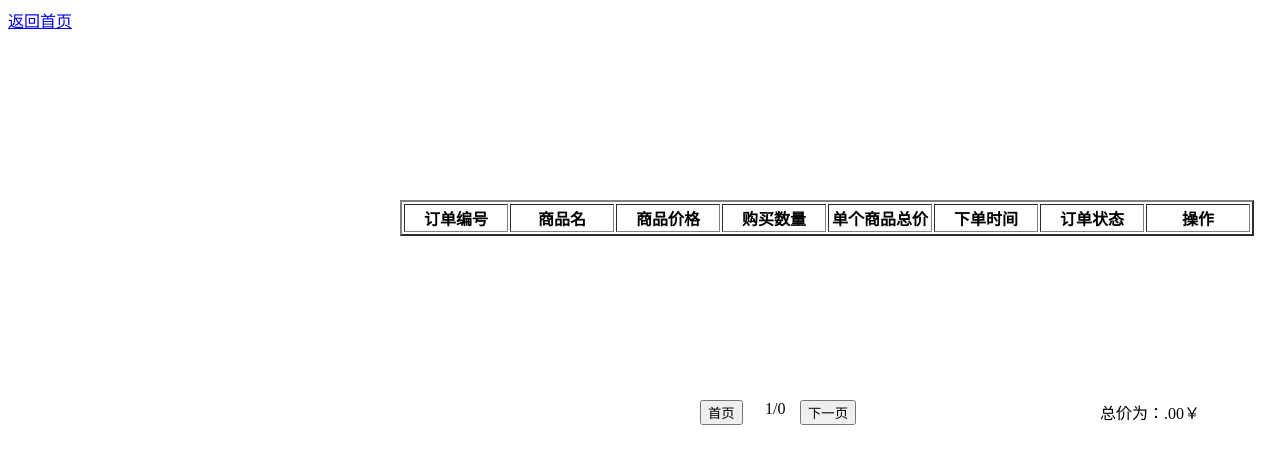
Repository: Gale-student/Gale-student.github.io
Page: http://localhost/weshop/OrdersDetailUnpaidQueryServlet
The author's editor kept a copy of each file at every save. The page is drawn from the files as they stood at one save, then again after the next save.
The browser window is 1280 px wide. The pictures show the whole page.
The page is served by Tomcat 9. Other server files are loaded and not shown. Queries for data that is not in the repository find no rows.

Above is the page before, as saved 2022-10-05 13:13:26.

### WeShop/weshop/WebRoot/WEB-INF/jsp/OrdersUnpaidQueryOfUser.jsp
<%@ page language="java" import="java.util.*,com.company.entity.*" pageEncoding="utf-8"%>
<%
String path = request.getContextPath();
String basePath = request.getScheme()+"://"+request.getServerName()+":"+request.getServerPort()+path+"/";
%>

<!DOCTYPE HTML PUBLIC "-//W3C//DTD HTML 4.01 Transitional//EN">
<html>
  <head>
    <base href="<%=basePath%>">

    <title>My JSP 'OrdersUnpaidQueryOfUser.jsp' starting page</title>

	<meta http-equiv="pragma" content="no-cache">
	<meta http-equiv="cache-control" content="no-cache">
	<meta http-equiv="expires" content="0">
	<meta http-equiv="keywords" content="keyword1,keyword2,keyword3">
	<meta http-equiv="description" content="This is my page">
	<!--
	<link rel="stylesheet" type="text/css" href="styles.css">
	-->
  <%
      List<OrdersDetail> ordersDetailList = (List<OrdersDetail>)request.getAttribute("ordersDetailList");

      int currentPage = (Integer) session.getAttribute("currentPage");
      int allPage = (Integer) session.getAttribute("allPage");

      String upPage = "上一页";
      String downPage = "下一页";
      if(currentPage == 1){
         upPage = "首页";
      }
      if(currentPage == allPage){
         downPage = "尾页";
      }

      String totalPrice = (String) request.getAttribute("totalPrice");
      if(totalPrice == null){
         totalPrice = "";
      }
   %>
    <style type="text/css">
     th{
        width: 100px;
     }
     td{
        width: 100px;
     }
   </style>
  </head>

  <body>
   <a href="ShoppingHomePage.jsp">返回首页</a>
    <table style="position: absolute; left: 400px; top: 200px; text-align: center;" border="2" cellspacing="2">
       <tr>
          <th>订单编号</th>
          <th>商品名</th>
          <th>商品价格</th>
          <th>购买数量</th>
          <th>单个商品总价</th>
          <th>下单时间</th>
          <th>订单状态</th>
          <th>操作</th>
       </tr>
       <%for(int i = 0; i < ordersDetailList.size(); i ++){ %>
       <tr>
          <td><%=ordersDetailList.get(i).getOid() %></td>
          <td><%=ordersDetailList.get(i).getSname() %></td>
          <td><%=ordersDetailList.get(i).getSprice() %>.00￥</td>
          <td><%=ordersDetailList.get(i).getQuantity() %>.0</td>
          <td><%=ordersDetailList.get(i).getShopPrice() %>.00￥</td>
          <td><%=ordersDetailList.get(i).getDate() %></td>
          <td><%=ordersDetailList.get(i).getStatus() %></td>
          <td>
             <form action="OrdersCancelOfUserServlet" method="post">
                <input style="position: absolute; visibility: hidden;" type="text" value=<%=ordersDetailList.get(i).getOid() %> name="oid">
                <input type="submit" value="取消订单">
             </form>
          </td>
       </tr>
       <%} %>
    </table>
    <div style="position: absolute; left: 700px; top: 400px;">
    <form action="OrdersDetailUnpaidUpPageServlet" method="post">
       <input type="submit" value=<%=upPage %>>
    </form>
    <label style="position: absolute; top: 0px; left: 65px;"><%=currentPage + "/" + allPage %></label>
    <form style="position: absolute; top: 0px; left: 100px;" action="OrdersDetailUnpaidDownPageServlet" method="post">
       <input type="submit" value=<%=downPage %>>
    </form>

    </div>
    <label style="position: absolute; left: 1100px; top: 400px;">总价为：<%=totalPrice %>.00￥</label>
  </body>
</html>

### WeShop/weshop/src/com/company/controller/OrdersDetailUnpaidQueryServlet.java
package com.company.controller;

import java.io.IOException;
import java.io.PrintWriter;
import java.util.List;

import javax.servlet.ServletException;
import javax.servlet.http.HttpServlet;
import javax.servlet.http.HttpServletRequest;
import javax.servlet.http.HttpServletResponse;
import javax.servlet.http.HttpSession;

import com.company.entity.OrdersDetail;
import com.company.service.OrdersService;
import com.company.service.OrdersServiceImpl;

public class OrdersDetailUnpaidQueryServlet extends HttpServlet {

	/**
	 * The doGet method of the servlet. <br>
	 *
	 * This method is called when a form has its tag value method equals to get.
	 *
	 * @param request the request send by the client to the server
	 * @param response the response send by the server to the client
	 * @throws ServletException if an error occurred
	 * @throws IOException if an error occurred
	 */
	public void doGet(HttpServletRequest request, HttpServletResponse response)
			throws ServletException, IOException {

		doPost(request, response);
	}

	/**
	 * The doPost method of the servlet. <br>
	 *
	 * This method is called when a form has its tag value method equals to post.
	 *
	 * @param request the request send by the client to the server
	 * @param response the response send by the server to the client
	 * @throws ServletException if an error occurred
	 * @throws IOException if an error occurred
	 */
	public void doPost(HttpServletRequest request, HttpServletResponse response)
			throws ServletException, IOException {

		HttpSession hs = request.getSession();
		String uid = (String)hs.getAttribute("uid");
		OrdersService ordersService = new OrdersServiceImpl();
		try {
			List<OrdersDetail> ordersDetailList = ordersService.queryOrdersDetailUnpaid(uid, 0);
			int allRows = ordersService.OrdersDetailUnpaidAllRows(uid);
			int allPage = allRows / 3;
			if(allRows % 3 != 0){
				allPage ++;
			}
			String totalPrice = ordersService.queryTotalPriceOfUserUnpaidOrders(uid);
			request.setAttribute("totalPrice", totalPrice);
			hs.setAttribute("allPage", allPage);
			hs.setAttribute("currentPage", 1);
			request.setAttribute("ordersDetailList", ordersDetailList);
			request.getRequestDispatcher("WEB-INF/jsp/OrdersUnpaidQueryOfUser.jsp").forward(request, response);
		} catch (Exception e) {
			// TODO Auto-generated catch block
			e.printStackTrace();
		}

	}

}

### WeShop/weshop/src/com/company/service/OrdersServiceImpl.java
package com.company.service;

import java.util.List;

import com.company.dao.OrdersDao;
import com.company.dao.OrdersDaoImpl;
import com.company.entity.Orders;
import com.company.entity.OrdersDetail;

public class OrdersServiceImpl implements OrdersService {
	private OrdersDao ordersDao = new OrdersDaoImpl();

    //获取订单表总行数
	public int OrdersAllRows() throws Exception {
		int ordersAllRows = ordersDao.OrdersAllRows();
		return ordersAllRows;
	}

    //添加订单(购买 下单 默认未支付状态)
	public void addOrders(String uid, String sid, String quantity)
			throws Exception {
		ordersDao.insertOrders(uid, sid, quantity);
	}

    //取消订单
	public void cancelOrders(String oid) throws Exception {
		ordersDao.deleteOrders(oid);
	}

    //订单表分页
	public List<Orders> ordersPagingQuery(int page) throws Exception {
		List<Orders> ordersList = ordersDao.ordersPaging(page * 3, 3);
		return ordersList;
	}

    //根据订单编号查订单
	public List<Orders> queryOrdersByOid(String oid) throws Exception {
		List<Orders> ordersList = ordersDao.selectOrdersByOid(oid);
		return ordersList;
	}

    //查看未支付订单
	public List<Orders> queryOrdersByStatusUnpaid() throws Exception {
		List<Orders> ordersList = ordersDao.selectOrdersByStatusUnpaid();
		return ordersList;
	}

	//通过用户ID查订单
	public List<Orders> queryOrdersByUid(String uid) throws Exception {
		List<Orders> ordersList = ordersDao.selectOrdersByUid(uid);
		return ordersList;
	}

	//修改商品数量
	public void modifyQuantity(String sid, String quantity) throws Exception {
		ordersDao.updateQuantity(sid, quantity);
	}

	//查找所有订单
	public List<Orders> queryAllOrders() throws Exception {
		List<Orders> ordersList = ordersDao.selectAllOrders();
		return ordersList;
	}

	//查看用户所有订单详情
	public List<OrdersDetail> selectOrdersDetail(String uid, int page) throws Exception {
		List<OrdersDetail> ordersDetailList = ordersDao.selectOrdersDetail(uid, page * 3, 3);
		return ordersDetailList;
	}

	//获取用户订单表总行数
	public int OrdersDetailAllRows(String uid) throws Exception {
		int ordersDetailAllRows = ordersDao.OrdersDetailAllRows(uid);
		return ordersDetailAllRows;
	}

	//获取用户未支付订单总行数
	public int OrdersDetailUnpaidAllRows(String uid) throws Exception {
		int ordersDetailUnpaidAllRows = ordersDao.OrdersDetailUnpaidAllRows(uid);
		return ordersDetailUnpaidAllRows;
	}

	//查看用户未支付订单详情
	public List<OrdersDetail> queryOrdersDetailUnpaid(String uid, int page) throws Exception {
		List<OrdersDetail> ordersDetaiUnpaidlList = ordersDao.selectOrdersDetailUnpaid(uid, page * 3, 3);
		return ordersDetaiUnpaidlList;
	}

	//
	public String queryTotalPriceOfUserUnpaidOrders(String uid)
			throws Exception {
		String totalPrice = ordersDao.selectTotalPriceOfUserUnpaidOrders(uid);
		return totalPrice;
	}


}

### WeShop/weshop/src/com/company/dao/OrdersDao.java
package com.company.dao;

import java.util.List;

import com.company.entity.Orders;
import com.company.entity.OrdersDetail;

public interface OrdersDao {
	//删除订单(取消订单)
	public void deleteOrders(String oid) throws Exception;
	//订单表分页
	public List<Orders> ordersPaging(int offset, int count) throws Exception;
	//获取订单表总行数
	public int OrdersAllRows() throws Exception;
	//根据订单号查找订单
	public List<Orders> selectOrdersByOid(String oid) throws Exception;
	//查看未支付订单
	public List<Orders> selectOrdersByStatusUnpaid() throws Exception;
	//用户下单(添加订单)
	public void insertOrders(String uid, String sid, String quantity) throws Exception;
	//根据用户ID查订单
	public List<Orders> selectOrdersByUid(String uid) throws Exception;
	//更新订单中商品数量
	public void updateQuantity(String sid, String quantity) throws Exception;
	//查寻所有订单
	public List<Orders> selectAllOrders() throws Exception;
	//订单详情表分页(用户)
	public List<OrdersDetail> selectOrdersDetail(String uid, int offset, int count) throws Exception;
	//获取用户订单表总行数
	public int OrdersDetailAllRows(String uid) throws Exception;
	//用户未支付订单分页查询
	public List<OrdersDetail> selectOrdersDetailUnpaid(String uid, int offset, int count) throws Exception;
	//获取用户未支付订单表总行数
	public int OrdersDetailUnpaidAllRows(String uid) throws Exception;
	//获取所有未支付订单的总价
	public String selectTotalPriceOfUserUnpaidOrders(String uid) throws Exception;
}

### WeShop/weshop/src/com/company/dao/OrdersDaoImpl.java
package com.company.dao;

import java.sql.Connection;
import java.sql.Date;
import java.sql.DriverManager;
import java.sql.PreparedStatement;
import java.sql.ResultSet;
import java.text.DateFormat;
import java.util.ArrayList;
import java.util.List;

import com.company.entity.Orders;
import com.company.entity.OrdersDetail;
import com.company.entity.User;

public class OrdersDaoImpl implements OrdersDao {
	private String url = "jdbc:mysql://localhost:3306/test?characterEncoding=utf-8";
    private String username = "root";
    private String password = "root";

    //获取订单表总行数(管理员)
	public int OrdersAllRows() throws Exception {
		Class.forName("com.mysql.jdbc.Driver");
		Connection conn = DriverManager.getConnection(url, username, password);
		String sql = " select count(*) as rows from orders ";
		PreparedStatement ps = conn.prepareStatement(sql);
		ResultSet rs = ps.executeQuery();
		rs.next();
		int rows = rs.getInt("rows");
		return rows;
	}

    //删除订单(管理员)
	public void deleteOrders(String oid) throws Exception {
		Class.forName("com.mysql.jdbc.Driver");
		Connection conn = DriverManager.getConnection(url, username, password);
		String sql = " delete from orders where oid = ? ";
		PreparedStatement ps = conn.prepareStatement(sql);
		ps.setString(1, oid);
		ps.execute();
		conn.close();

	}

    //订单表分页(管理员)
	public List<Orders> ordersPaging(int offset, int count) throws Exception {
		Class.forName("com.mysql.jdbc.Driver");
		Connection conn = DriverManager.getConnection(url, username, password);
		String sql = " select * from orders limit ?, ? ";
		PreparedStatement ps = conn.prepareStatement(sql);
		ps.setInt(1, offset);
		ps.setInt(2, count);
		ResultSet rs = ps.executeQuery();
		List<Orders> ordersList = new ArrayList<Orders>();
		while(rs.next()){
			String oid = rs.getString("oid");
			String uid = rs.getString("uid");
			String sid = rs.getString("sid");
			String quantity = rs.getString("quantity");
			String date = rs.getString("date");
			String status = rs.getString("status");
			Orders orders = new Orders();
			orders.setOid(oid);
			orders.setUid(uid);
			orders.setSid(sid);
			orders.setQuantity(quantity);
			orders.setDate(date);
			orders.setStatus(status);
            ordersList.add(orders);
		}
		return ordersList;
	}

    //根据订单号查找订单(管理员)
	public List<Orders> selectOrdersByOid(String oid) throws Exception {
		Class.forName("com.mysql.jdbc.Driver");
		Connection conn = DriverManager.getConnection(url, username, password);
		String sql = " select * from orders where oid = ? ";
		PreparedStatement ps = conn.prepareStatement(sql);
		ps.setString(1, oid);
		ResultSet rs = ps.executeQuery();
		List<Orders> ordersList = new ArrayList<Orders>();
		while(rs.next()){
			String uid = rs.getString("uid");
			String sid = rs.getString("sid");
			String quantity = rs.getString("quantity");
			String date = rs.getString("date");
			String status = rs.getString("status");
			Orders orders = new Orders();
			orders.setOid(oid);
			orders.setUid(uid);
			orders.setSid(sid);
			orders.setQuantity(quantity);
			orders.setDate(date);
			orders.setStatus(status);
			ordersList.add(orders);
		}
		return ordersList;
	}

    //查看未支付订单(管理员)
	public List<Orders> selectOrdersByStatusUnpaid() throws Exception {
		Class.forName("com.mysql.jdbc.Driver");
		Connection conn = DriverManager.getConnection(url, username, password);
		String sql = " select * from orders where status = '0' ";
		PreparedStatement ps = conn.prepareStatement(sql);
		ResultSet rs = ps.executeQuery();
		List<Orders> ordersList = new ArrayList<Orders>();
		while(rs.next()){
			String oid = rs.getString("oid");
			String uid = rs.getString("uid");
			String sid = rs.getString("sid");
			String quantity = rs.getString("quantity");
			String date = rs.getString("date");
			String status = rs.getString("status");
			Orders orders = new Orders();
			orders.setOid(oid);
			orders.setUid(uid);
			orders.setSid(sid);
			orders.setQuantity(quantity);
			orders.setDate(date);
			orders.setStatus(status);
			ordersList.add(orders);
		}
		return ordersList;
	}

	//添加订单(用户购买)
	public void insertOrders(String uid, String sid, String quantity) throws Exception {
		Class.forName("com.mysql.jdbc.Driver");
		Connection conn = DriverManager.getConnection(url, username, password);

		System.currentTimeMillis();
		String oid = "" + System.currentTimeMillis();
		String sql = " insert into orders values ( ?, ?, ?, ?, now(), 0 ) ";
		PreparedStatement ps = conn.prepareStatement(sql);
		ps.setString(1, oid);
		ps.setString(2, uid);
		ps.setString(3, sid);
		ps.setString(4, quantity);
		ps.execute();
		conn.close();

	}

	//根据用户ID查询订单(管理员)
	public List<Orders> selectOrdersByUid(String uid) throws Exception {
		Class.forName("com.mysql.jdbc.Driver");
		Connection conn = DriverManager.getConnection(url, username, password);
		String sql = " select * from orders where uid = ? ";
		PreparedStatement ps = conn.prepareStatement(sql);
		ps.setString(1, uid);
		ResultSet rs = ps.executeQuery();
		List<Orders> ordersList = new ArrayList<Orders>();
		while(rs.next()){
			String oid = rs.getString("oid");
			String sid = rs.getString("sid");
			String quantity = rs.getString("quantity");
			String date = rs.getString("date");
			String status = rs.getString("status");
			Orders orders = new Orders();
			orders.setOid(oid);
			orders.setUid(uid);
			orders.setSid(sid);
			orders.setQuantity(quantity);
			orders.setDate(date);
			orders.setStatus(status);
			ordersList.add(orders);
		}
		return ordersList;
	}

	//更新订单中商品数量(用户 添加相同商品)
	public void updateQuantity(String sid, String quantity) throws Exception {
		Class.forName("com.mysql.jdbc.Driver");
		Connection conn = DriverManager.getConnection(url, username, password);
		String sql = " update orders set quantity = quantity + ? where sid = ? and status = 0 ";
		PreparedStatement ps = conn.prepareStatement(sql);
		ps.setString(1, quantity);
		ps.setString(2, sid);
		ps.execute();
		conn.close();
	}

	//查询所有订单(管理员)
	public List<Orders> selectAllOrders() throws Exception {
		Class.forName("com.mysql.jdbc.Driver");
		Connection conn = DriverManager.getConnection(url, username, password);
		String sql = " select * from orders ";
		PreparedStatement ps = conn.prepareStatement(sql);
		ResultSet rs = ps.executeQuery();
		List<Orders> ordersList = new ArrayList<Orders>();
		while(rs.next()){
			String oid = rs.getString("oid");
			String uid = rs.getString("uid");
			String sid = rs.getString("sid");
			String quantity = rs.getString("quantity");
			String date = rs.getString("date");
			String status = rs.getString("status");
			Orders orders = new Orders();
			orders.setOid(oid);
			orders.setUid(uid);
			orders.setSid(sid);
			orders.setQuantity(quantity);
			orders.setDate(date);
			orders.setStatus(status);
			ordersList.add(orders);
		}
		return ordersList;
	}

	//用户订单详情表分页
	public List<OrdersDetail> selectOrdersDetail(String uid, int offset, int count) throws Exception {
		Class.forName("com.mysql.jdbc.Driver");
		Connection conn = DriverManager.getConnection(url, username, password);
		String sql = " select o.oid, o.uid, s.sname, s.sprice, o.quantity,  " +
				"(o.quantity * s.sprice) as shopPrice, o.date, o.status from orders " +
				"o inner join shop s where s.sid = o.sid and o.uid = ? limit ?, ? ";
		PreparedStatement ps = conn.prepareStatement(sql);
		ps.setString(1, uid);
		ps.setInt(2, offset);
		ps.setInt(3, count);
		ResultSet rs = ps.executeQuery();
		List<OrdersDetail> ordersDetailList = new ArrayList<OrdersDetail>();
		while(rs.next()){
			String oid = rs.getString("oid");
			String sname = rs.getString("sname");
			String sprice = rs.getString("sprice");
			String quantity = rs.getString("quantity");
			String shopPrice = rs.getString("shopPrice");
			String date = rs.getString("date");
			String status = rs.getString("status");
			OrdersDetail ordersDetail = new OrdersDetail();
			ordersDetail.setOid(oid);
			ordersDetail.setUid(uid);
			ordersDetail.setSname(sname);
			ordersDetail.setSprice(sprice);
			ordersDetail.setQuantity(quantity);
			ordersDetail.setShopPrice(shopPrice);
			ordersDetail.setDate(date);
			ordersDetail.setStatus(status);
			ordersDetailList.add(ordersDetail);
		}
		return ordersDetailList;
	}

	//获取用户订单详情表总行数
	public int OrdersDetailAllRows(String uid) throws Exception {
		Class.forName("com.mysql.jdbc.Driver");
		Connection conn = DriverManager.getConnection(url, username, password);
		String sql = " select count(*) as rows from orders where uid = ? ";
		PreparedStatement ps = conn.prepareStatement(sql);
		ps.setString(1, uid);
		ResultSet rs = ps.executeQuery();
		rs.next();
		int rows = rs.getInt("rows");
		conn.close();
		return rows;
	}

	//获取用户未支付订单总行数
	public int OrdersDetailUnpaidAllRows(String uid) throws Exception {
		Class.forName("com.mysql.jdbc.Driver");
		Connection conn = DriverManager.getConnection(url, username, password);
		String sql = " select count(*) as rows from orders where uid = ? and status = 0 ";
		PreparedStatement ps = conn.prepareStatement(sql);
		ps.setString(1, uid);
		ResultSet rs = ps.executeQuery();
		rs.next();
		int rows = rs.getInt("rows");
		conn.close();
		return rows;
	}

	//查询用户未支付订单
	public List<OrdersDetail> selectOrdersDetailUnpaid(String uid, int offset,
			int count) throws Exception {
		Class.forName("com.mysql.jdbc.Driver");
		Connection conn = DriverManager.getConnection(url, username, password);
		String sql = " select o.oid, o.uid, s.sname, s.sprice, o.quantity,  " +
				"(o.quantity * s.sprice) as shopPrice, o.date, o.status from orders " +
				"o inner join shop s where s.sid = o.sid and o.uid = ? and o.status = 0 limit ?, ? ";
		PreparedStatement ps = conn.prepareStatement(sql);
		ps.setString(1, uid);
		ps.setInt(2, offset);
		ps.setInt(3, count);
		ResultSet rs = ps.executeQuery();
		List<OrdersDetail> ordersDetailList = new ArrayList<OrdersDetail>();
		while(rs.next()){
			String oid = rs.getString("oid");
			String sname = rs.getString("sname");
			String sprice = rs.getString("sprice");
			String quantity = rs.getString("quantity");
			String shopPrice = rs.getString("shopPrice");
			String date = rs.getString("date");
			String status = rs.getString("status");
			OrdersDetail ordersDetail = new OrdersDetail();
			ordersDetail.setOid(oid);
			ordersDetail.setUid(uid);
			ordersDetail.setSname(sname);
			ordersDetail.setSprice(sprice);
			ordersDetail.setQuantity(quantity);
			ordersDetail.setShopPrice(shopPrice);
			ordersDetail.setDate(date);
			ordersDetail.setStatus(status);
			ordersDetailList.add(ordersDetail);
		}
		return ordersDetailList;
	}

	//获取用户未支付订单的总价
	public String selectTotalPriceOfUserUnpaidOrders(String uid)
			throws Exception {
		Class.forName("com.mysql.jdbc.Driver");
		Connection conn = DriverManager.getConnection(url, username, password);
		String sql = " select sum(o.quantity * s.sprice) as totalPrice from orders o inner join shop s where uid = ? and status = 0 ";
		PreparedStatement ps = conn.prepareStatement(sql);
		ps.setString(1, uid);
		ResultSet rs = ps.executeQuery();
		rs.next();
		String totalPrice = rs.getString("totalPrice");
		return totalPrice;
	}

}

After the next save:
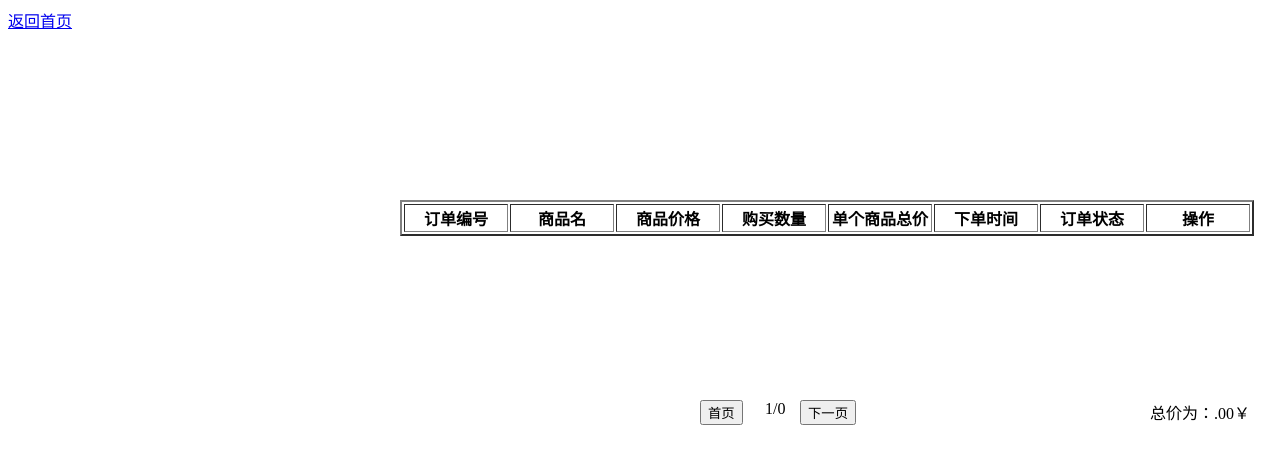
Saved 8 s later.
--- a/WeShop/weshop/WebRoot/WEB-INF/jsp/OrdersUnpaidQueryOfUser.jsp
+++ b/WeShop/weshop/WebRoot/WEB-INF/jsp/OrdersUnpaidQueryOfUser.jsp
@@ -90,6 +90,6 @@ String basePath = request.getScheme()+"://"+request.getServerName()+":"+request.
     </form>
 
     </div>
-    <label style="position: absolute; left: 1100px; top: 400px;">总价为：<%=totalPrice %>.00￥</label>
+    <label style="position: absolute; left: 1150px; top: 400px;">总价为：<%=totalPrice %>.00￥</label>
   </body>
 </html>
